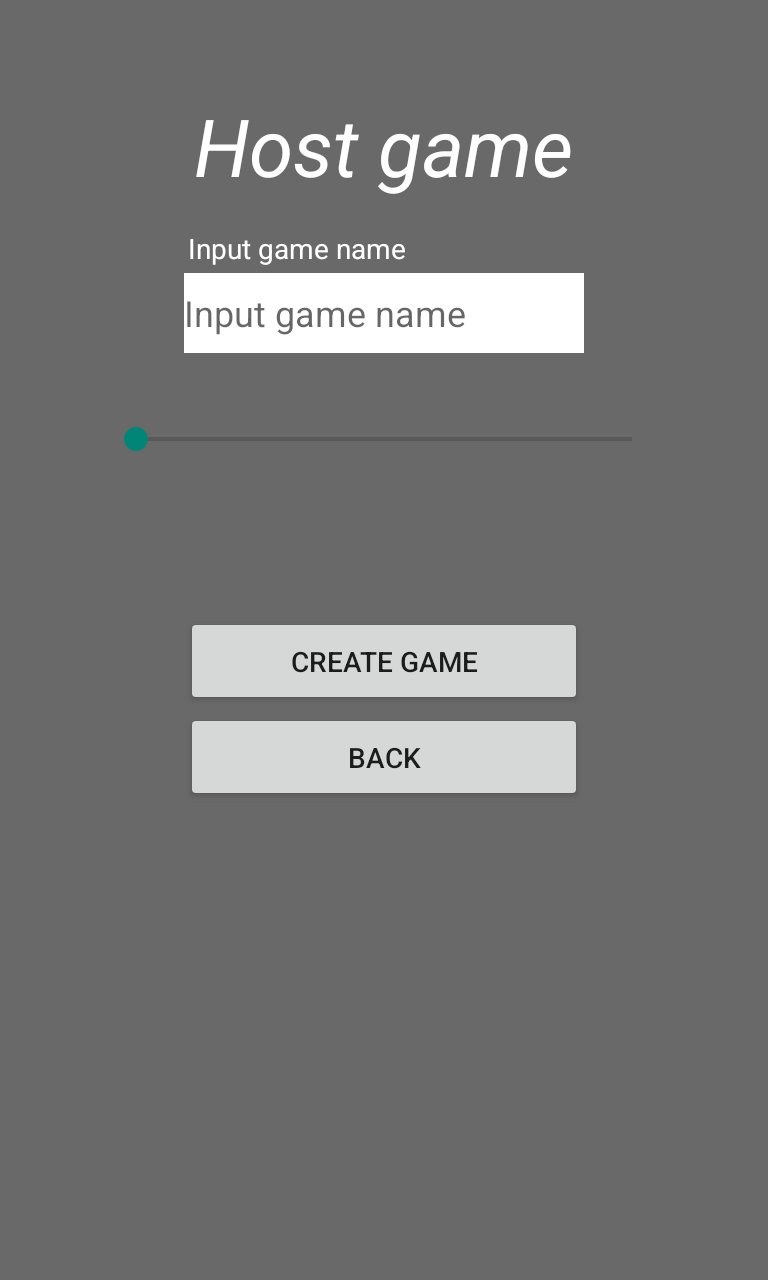
Repository: Hannanina/GuessTag
Layout: GuessTag/res/layout/activity_host.xml
These files come from the project's save history. The layout is drawn as it stood at one moment and after the next save; the edit follows.
It is drawn on a 768 x 1280 px phone screen (xhdpi) without system bars, with theme AppTheme; the app's code is not run.

Above is the layout before, as saved 2014-12-08 10:38:00.

After the next save:
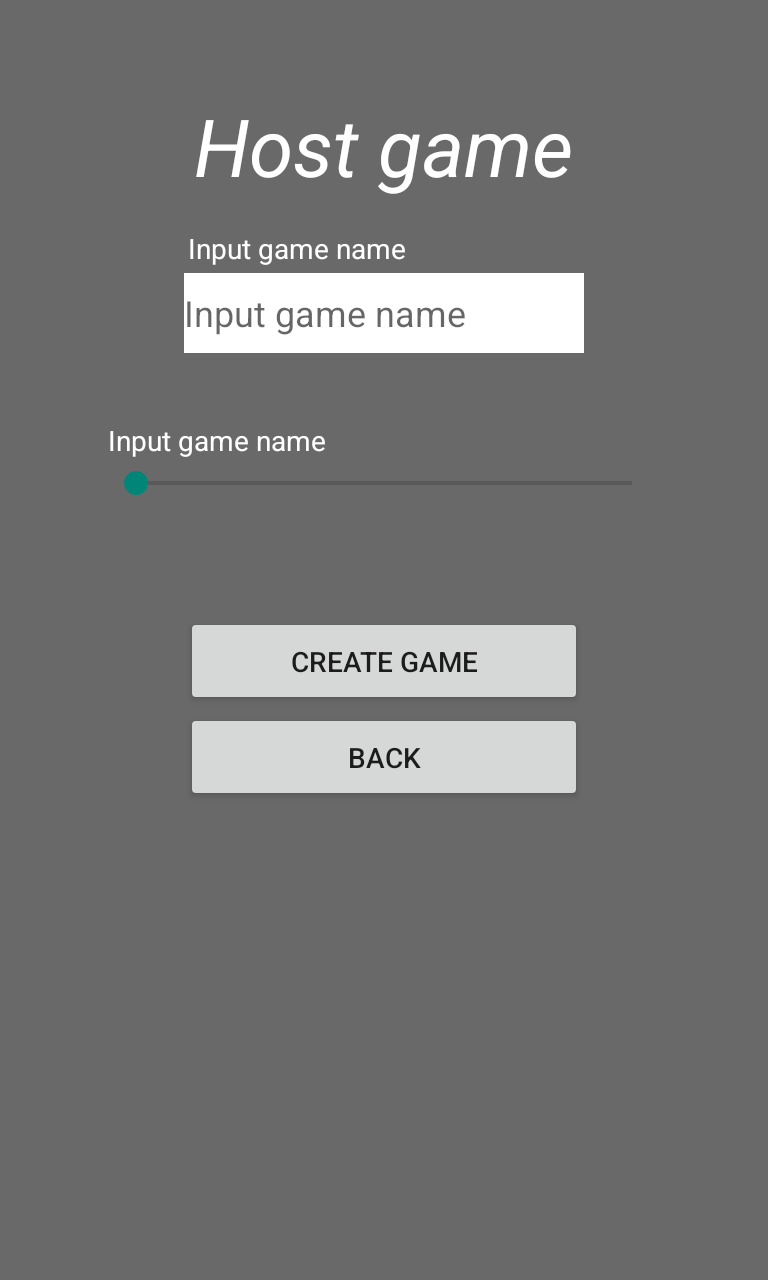
Saved 19 s later.
--- a/GuessTag/res/layout/activity_host.xml
+++ b/GuessTag/res/layout/activity_host.xml
@@ -57,6 +57,15 @@
         android:layout_height="96dp"
         android:layout_gravity="center" >
 
+        <TextView
+        	android:id="@+id/game_name_instruction"
+        	android:layout_width="wrap_content"
+	    	android:layout_height="wrap_content"
+	    	android:layout_marginLeft="2dp"
+	    	android:layout_marginBottom="3dp"
+	    	android:text="@string/game_name_instruction"
+	    	android:textColor="@color/White">
+    	</TextView>
 
         <SeekBar
             android:layout_width="match_parent"
